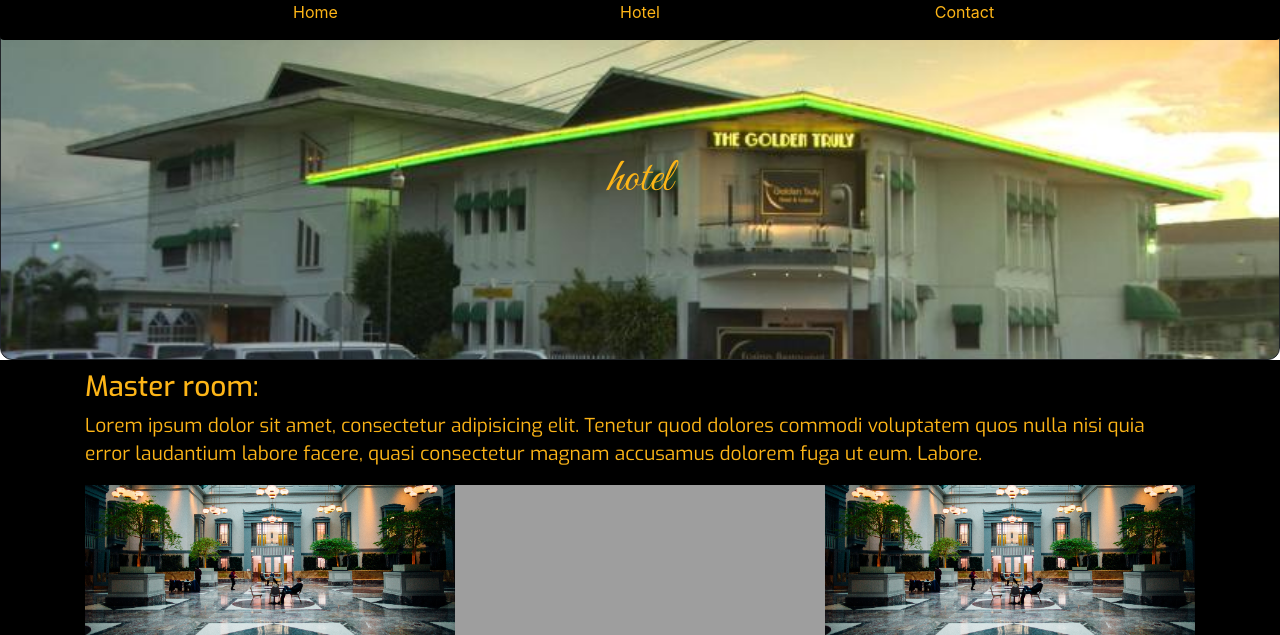
Repository: Code-Institute-Submissions/anthonycaf-Milestone1
Page: hotel.html
The author's editor kept a record of every edit. The page is drawn from the files as they stood at one moment, then again after the next edit.
The browser window is 1280 px wide. The pictures show the part of the page from y = 0 to 635 px (the page is 1236 px tall).
Pictures or frames that could not be fetched are drawn as grey boxes.

Above is the page before.

### hotel.html
<!DOCTYPE html>
<html lang="en">
<head>
    <meta charset="UTF-8">
    <meta name="viewport" content="width=device-width, initial-scale=1.0">
    <meta http-equiv="X-UA-Compatible" content="ie=edge">
    <!--             links/bootstrap/fontawsome    -->
    <link rel="stylesheet" href="https://stackpath.bootstrapcdn.com/font-awesome/4.7.0/css/font-awesome.min.css" type="text/css" />
    <link rel="stylesheet" href="https://stackpath.bootstrapcdn.com/bootstrap/4.3.1/css/bootstrap.min.css" type="text/css" />
    <!--             main/css                      -->
    <link rel="stylesheet" href="./css/style.css" type="text/css" />
    <title>Golden Truly Hotel</title>
</head>
<body>
        <header>
            <nav class="nav-bar">
                <ul class="nav-bar-menu">
                    <li class="nav-bar-item"><a href="index.html">Home</a></li>
                    <li class="nav-bar-item"><a href="hotel.html">Hotel</a></li>
                    <li class="nav-bar-item"><a href="contact.html">Contact</a></li>
                </ul>
            </nav>
             <div class="bg-image-title">
                <a href="index.html" class="img"></a>
                <h1 class="uppercase text-center" id="title">hotel</h1>
            </div>
        </header>
        <main>
       <div class="container">
           <div class="row no-gutters">
               <h3 class="uppercase text-center">Master room:</h3>
               <p>Lorem ipsum dolor sit amet, consectetur adipisicing elit. Tenetur quod dolores commodi voluptatem quos nulla nisi quia error laudantium labore facere, quasi consectetur magnam accusamus dolorem fuga ut eum. Labore.</p>
               <div class="col-4 bg-master-room1"><a href="hotel.html" class="bg-room-image"></a></div>
                <div class="col-4 bg-master-room2"><a href="hotel.html" class="bg-room-image"></a></div>
                 <div class="col-4 bg-master-room3"><a href="hotel.html" class="bg-room-image"></a></div>
           </div>
       </div>
       <iframe src="https://www.google.com/maps/embed?pb=!1m18!1m12!1m3!1d132.6126250824891!2d-55.1378490964076!3d5.854878623899481!2m3!1f270!2f39.52737709842546!3f0!3m2!1i1024!2i768!4f35!3m3!1m2!1s0x8d083562dc0f800b%3A0x19fa7578782730f6!2sThe%20Golden%20Truly%20Hotel%20%26%20Casino!5e1!3m2!1sen!2snl!4v1567942632494!5m2!1sen!2snl"
       ></iframe>
       </main>
         <footer class="container-fluid">
    <div id="footer-details" class="row">
     <div class="col-sm-4">
      <h5 class="uppercase general-sub">Opening hours</h5>
      <p class="inline-block">
       Lorem ipsum dolor sit amet, consectetur adipisicing elit. Explicabo, fugiat.
      </p>
     </div>
     <div class="col-sm-4">
       <h5 class="uppercase general-sub"> <a href="assets/cv/sample-cv.pdf" target="_blank" class="cv-pdf">
        <i class="fa fa-map marker alt" aria-hidden="true"></i>
        <span class="sr-only">Map link.</span>
       </a>Location</h5>
       <p class="inline-block">Jozef Israelstraat 43<br>
           PO Box 13575<br>
           Paramaribo, Suriname<br>
              South America<br>
            PHONE (597) 454249<br>
              FAX (597) 457117
 </p>

     </div>
     <div class="col-sm-4">
       <h5 class="uppercase general-sub">Social</h5>
       <ul class="list-inline social-links">
           <li class="list-inline-item">
         <a href="#" target="_blank">
          <i class="fa fa-wifi" aria-hidden="true"></i>
          <span class="sr-only">wifi</span>
         </a>
        </li>
        <li class="list-inline-item">
         <a href="#" target="_blank">
          <i class="fa fa-linkedin" aria-hidden="true"></i>
          <span class="sr-only">Linkedin</span>
         </a>
        </li>

        <li class="list-inline-item">
         <a href="#" target="_blank">
          <i class="fa fa-facebook" aria-hidden="true"></i>
          <span class="sr-only">facebook</span>
         </a>
        </li>

        <li class="list-inline-item">
         <a href="#" target="_blank">
          <i class="fa fa-youtube" aria-hidden="true"></i>
          <span class="sr-only">youtube</span>
         </a>
        </li>
       </ul>
     </div>
    </div>
    </footer>


</body>
</html>

### css/style.css
 /*------------google-fonts----------*/

@import url('https://fonts.googleapis.com/css?family=Exo:100,200,300,400,500,600,700|Great+Vibes&display=swap:100,200,300,400,500,600,700');

body {
margin:0;
padding: 0;
}
 /*------------main----------*/
 main {
     font-family: "Exo",sans-serif;
     font-size: 1.2em;
     width: 100%;
     background-color:
     #000000;
     color: #fdb517;
    padding-top: 10px;

 }
 .bg-master-room1 {
  background-image: url(../images/design-lobby-ceiling.jpg);
  background-clip: border-box;
    background-position: center;
    background-repeat: no-repeat;
    background-size: cover;
  width: 33.3%;
  height: 150px;
 }
.bg-master-room2 {
  background-image: url(../images/hotel-building.jpg);
  background-clip: content-box;
    background-position: center;
    background-repeat: no-repeat;
    background-size: cover;
}
.bg-master-room3 {
 background-image: url(../images/design-lobby-ceiling.jpg);
background-clip: content-box;
    background-position: center;
    background-repeat: no-repeat;
    background-size: cover;
  width: 33.3%;
  height: 150px;
}


 .bg-image-title {
   background: url("../images/golden-truly-hotel.jpg");
    background-clip: border-box;
    background-position: center;
    background-repeat: no-repeat;
    background-size: cover;
    transition: all .5s ease-in-out;
    -moz-transition: all .5s ease-in-out;
    -webkit-transition: all .5s ease-in-out;
     height: 360px;
     border: 1px solid;
     border-radius: 12px
 }
 #title {
  color: #fdb517;
     font-family: "Great Vibes",sans-serif;
     font-size: 3em;
     text-align: center;
     padding-top: 150px;
 }
 #welcome {
   color: #fdb517;
     font-family: "Great Vibes",sans-serif;
     font-size: 2.5em;}
   .section {
    margin: 0 auto;
   }

  /*-----------main nav-bar----------*/
  .nav-bar {
   position: fixed;
   top: 0;
   left: 0;
   right: 0;
   background-color: #000000;
   border-bottom-left-radius: 4px;
   border-bottom-right-radius: 4px;
  }

  .nav-bar-menu {
   width: 100%;
   list-style: none;
   text-align: center;
 padding: 0;

  }
  .nav-bar-item a {
   font-size: 1em;
   text-align: center;
   color: #fdb517;
    text-decoration: none;
    height: 120px;
     width: 100%;
  }
  .nav-bar-item a:hover {
   border-radius: 20px;
   background-color: #fdb517;
   color: #000000;
    transition: all 0.35s ease-in-out;
    -moz-transition: all 0.35s ease-in-out;
    -webkit-transition: all 0.35s ease-in-out;
    -o-transition: all 0.35s ease-in-out;
  }
  .nav-bar-item {
   width: 25%;
  display: inline-block;

 }

iframe {
 width: 100%;
 height: 360px;
 border: none;
 margin: 0;
}
 /*-----------main footer----------*/

 .container-fluid {
  background-color: #000000;
  color: #fdb517;

 }

 footer {
    background-color: #525252;
    color: #fafafa;
    min-height: 120px;
    margin: 0;
    padding: 0;
}

.social-links {
    padding-bottom: 15px;
}
.social-links li a i {
    width: 32px;
    height: 32px;
    padding: 12px 0;
    border-radius: 50%;
    font-size: 13px;
    line-height: 7px;
    text-align: center;
    color: #fafafa;
    background-color: #8f8f8f;
     transition: all 0.35s ease-in-out;
    -moz-transition: all 0.35s ease-in-out;
    -webkit-transition: all 0.35s ease-in-out;
    -o-transition: all 0.35s ease-in-out;
}
.social-links li a i:hover {
    background: #fdb517;
}
#footer-details {
    padding:20px;
}
/*   contact.html/form    */
.contact-heading, .contact-thanks {
    font-family: "Great Vibes", sans-serif;
    font-weight: 300;
    margin-top: 25px;
    margin-bottom: 20px;

}
form {

    padding-top: 10px;
    margin: 0 auto;
    max-width: 70%;
}
button[type="submit"] {
    margin-top: 15px;
    margin-bottom: 20px;
    color: #fdb517;
    background-color: #000000;

}
/*-------------------------------------Media queries*/

@media(min-width: 992px) {
   .center-form {
    padding-top: 30px;
    min-height: 240px;
    margin: 0 auto;
    max-width: 50%;
}
}

After the next edit:
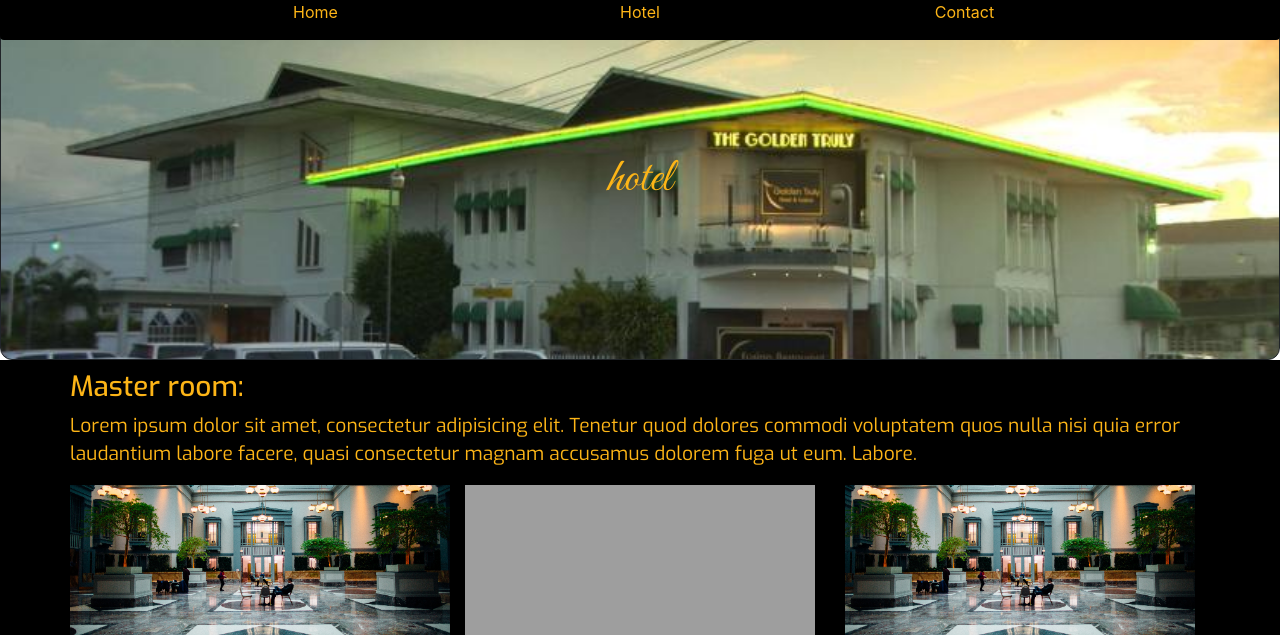
The edit:
--- a/hotel.html
+++ b/hotel.html
@@ -27,7 +27,7 @@
         </header>
         <main>
        <div class="container">
-           <div class="row no-gutters">
+           <div class="row">
                <h3 class="uppercase text-center">Master room:</h3>
                <p>Lorem ipsum dolor sit amet, consectetur adipisicing elit. Tenetur quod dolores commodi voluptatem quos nulla nisi quia error laudantium labore facere, quasi consectetur magnam accusamus dolorem fuga ut eum. Labore.</p>
                <div class="col-4 bg-master-room1"><a href="hotel.html" class="bg-room-image"></a></div>
